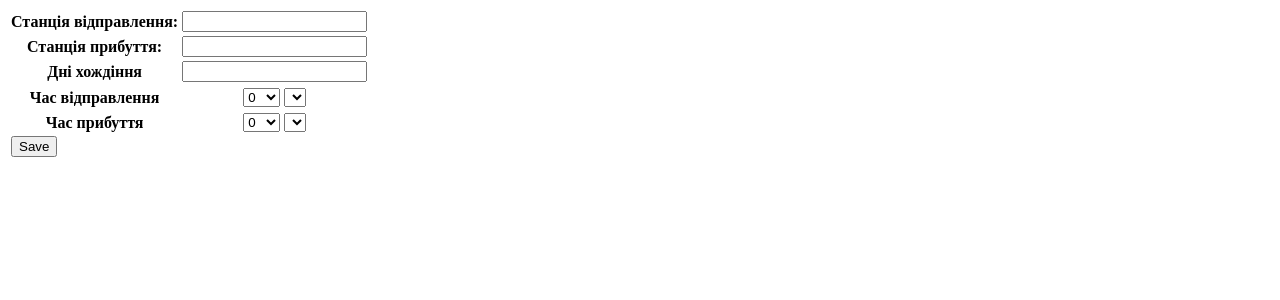
Repository: predator11/Project
Page: http://localhost/TimetableProject/edit.jsp
These files come from the project's save history. The page is drawn as it stood at one moment and after the next save; the edit follows.
The browser window is 1280 px wide. The pictures show the whole page.
The page is served by Tomcat 9. Nobody is signed in. The application's start-up code is not run. Other server files are loaded and not shown.

Above is the page before, as saved 2015-06-29 17:06:00.

### TimetableProject/WebContent/edit.jsp
<%@ page language="java" contentType="text/html; charset=UTF-8"
    pageEncoding="UTF-8"%>
<%@ taglib prefix="c" uri="http://java.sun.com/jsp/jstl/core" %>
<!DOCTYPE html PUBLIC "-//W3C//DTD HTML 4.01 Transitional//EN" "http://www.w3.org/TR/html4/loose.dtd">
<html>
<head>
<meta http-equiv="Content-Type" content="text/html; charset=UTF-8">
<title>Insert title here</title>
</head>
<body>
   <form method="post" action="myServlet?action=add">
      <table>
       <tr>
         <th>Станція відправлення: </th>
         <th><input type="Text" name="St"></th>
        </tr>
       <tr>
         <th>Станція прибуття: </th>
         <th><input type="Text" name="fSt"></th>
        </tr>
       <tr>
         <th>Дні хождіння</th>
         <th><input type="Text" name="dayOfDep"></th>
        </tr>
       <tr>
       <tr>
         <th>Час відправлення</th>
          <th>
          <select name="departurelHour" size=1>
            <c:forEach var="i" begin="0" end="24">
             <option select value="${i}" id="departureHour"> ${i }
            </c:forEach>
          </select>
           <select name="departureMinute" size=1>
             <c:forEach var="j" begin="0" end="60">
             <option select value="${i}" id="departureMinut"> ${i }
            </c:forEach>
           </select>
          </th>
        </tr>
       <tr>
       <tr>
         <th>Час прибуття</th>
         <th>
          <select name="arrivalHour" size=1>
            <c:forEach var="i" begin="0" end="24">
             <option select value="${i}" id="departureHour"> ${i }
            </c:forEach>
          </select>
           <select name="arrivalMinute" size=1>
             <c:forEach var="j" begin="0" end="60">
             <option select value="${i}" id="departureMinut"> ${i }
            </c:forEach>
           </select>
         </th>
        </tr>
       <tr>
        <td><input type="Submit" value="Save"></td>
       </tr>
      </table>
   </form>
</body>
</html>

After the next save:
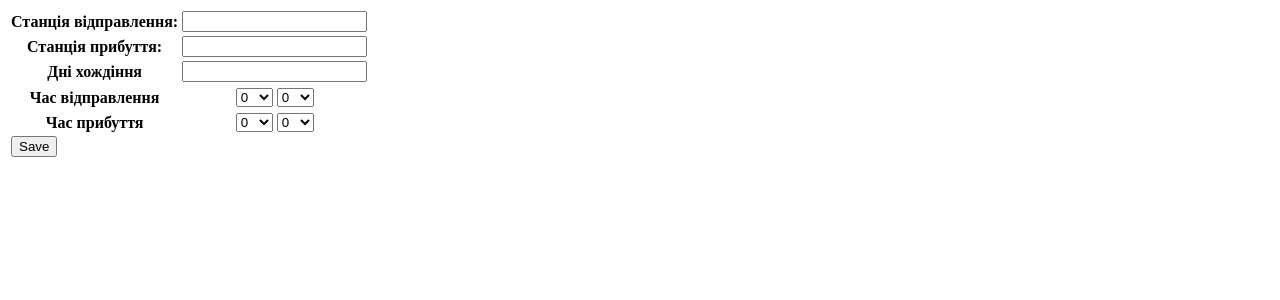
Saved 33 s later.
--- a/TimetableProject/WebContent/edit.jsp
+++ b/TimetableProject/WebContent/edit.jsp
@@ -33,7 +33,7 @@
           </select>
            <select name="departureMinute" size=1>
              <c:forEach var="j" begin="0" end="60">
-             <option select value="${i}" id="departureMinut"> ${i }
+             <option select value="${j}" id="departureMinut"> ${j }
             </c:forEach>
            </select>
           </th>
@@ -49,7 +49,7 @@
           </select>
            <select name="arrivalMinute" size=1>
              <c:forEach var="j" begin="0" end="60">
-             <option select value="${i}" id="departureMinut"> ${i }
+             <option select value="${j}" id="departureMinut"> ${j }
             </c:forEach>
            </select>
          </th>
